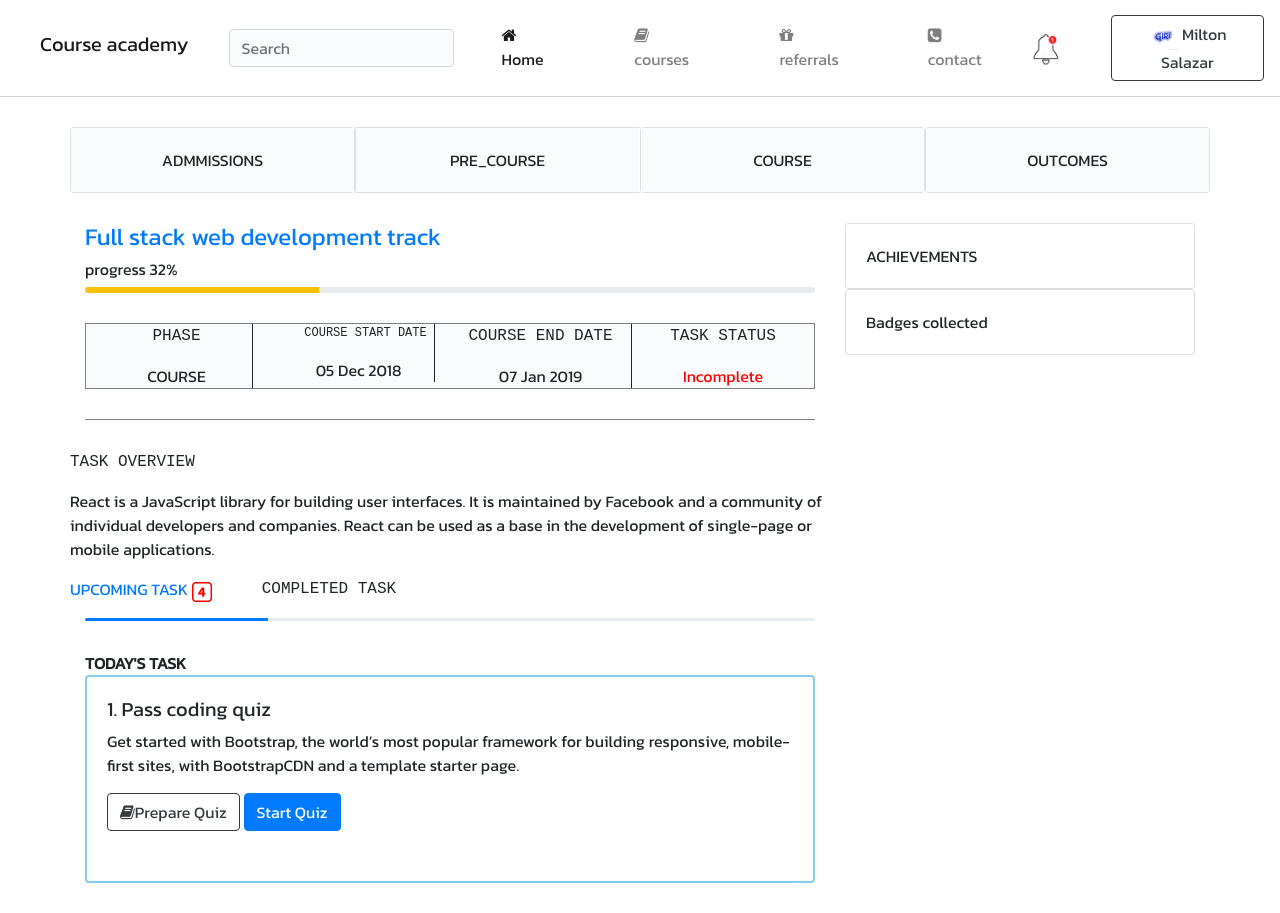
Repository: giribabu1997/html-layout
Page: task.html
The author's editor kept a copy of each file at every save. The page is drawn from the files as they stood at one save, then again after a run of saves.
The browser window is 1280 px wide. The pictures show the whole page.
Some web fonts or font styles are not loaded; a fallback is used.

Above is the page before, as saved 2019-06-28 16:16:41.

### task.html
<!DOCTYPE html>
<html lang="en">

<head>
    <meta charset="UTF-8">
    <meta name="viewport" content="width=device-width, initial-scale=1.0">
    <meta http-equiv="X-UA-Compatible" content="ie=edge">
    <title>Document</title>
    <link rel="stylesheet" href="https://stackpath.bootstrapcdn.com/bootstrap/4.3.1/css/bootstrap.min.css"
        integrity="sha384-ggOyR0iXCbMQv3Xipma34MD+dH/1fQ784/j6cY/iJTQUOhcWr7x9JvoRxT2MZw1T" crossorigin="anonymous">
    <link href="https://fonts.googleapis.com/css?family=Kanit&display=swap" rel="stylesheet">
    <link rel="stylesheet" href="https://cdnjs.cloudflare.com/ajax/libs/font-awesome/4.7.0/css/font-awesome.min.css">
    <link href="https://fonts.googleapis.com/css?family=Cutive+Mono&display=swap" rel="stylesheet">
    <style>
        .navhead-height {
            padding: 1.5rem;
        }

        .head-container {
            padding: 0%;
        }

        * {
            font-family: 'Kanit', sans-serif;
        }

        .home-link {
            padding-right: 2.5rem !important;
            padding-left: 2.5rem !important;
        }
    </style>

</head>

<body>
    <div class="container-fluid head-container" style=" border-bottom: 1px solid lightgrey;">
        <nav class="navbar navbar-expand-lg navbar-light bg-white">
            <a class="navbar-brand navhead-height" href="#">
                <h5>Course academy </h5>
            </a>
            <button class="navbar-toggler" type="button" data-toggle="collapse" data-target="#navbarSupportedContent"
                aria-controls="navbarSupportedContent" aria-expanded="false" aria-label="Toggle navigation">
                <span class="navbar-toggler-icon"></span>
            </button>
            <form class="form-inline my-2 my-lg-0">
                <input class="form-control mr-sm-2" type="search" placeholder="Search" aria-label="Search"
                    style="background-color: #fafbfc;">
            </form>
            <div class="collapse navbar-collapse" id="navbarSupportedContent">
                <ul class="navbar-nav mr-auto">
                    <li class="nav-item active">
                        <a class="nav-link home-link" href="#"><i class="fa fa-home"></i> Home <span
                                class="sr-only">(current)</span></a>
                    </li>
                    <li class="nav-item">
                        <a class="nav-link home-link" href="#"><i class="fa fa-book"></i> courses</a>
                    </li>
                    <li class="nav-item">
                        <a class="nav-link home-link" href="#"><i class="fa fa-gift"></i> referrals</a>
                    </li>
                    <li class="nav-item">
                        <a class="nav-link home-link" href="#"><i class="fa fa-phone-square"></i> contact</a>
                    </li>
                    <li class="nav-item">
                        <a class="nav-link home-link" href="#"></a>
                        <img src="icon.png" width="30px" style="text-align: center" />
                        </a>
                    </li>
                    <button class="btn btn-outline-dark my-2 my-sm-0" type="submit">
                        <img src="giri.png" width="30px" /> Milton Salazar </button>
            </div>
        </nav>
    </div>
    <div class="container" style="padding-top: 30px; padding-bottom: 30px">
        <div class="row">
            <div class="col-md-3" style="padding: 0px !important">
                <div class="card">
                    <div class="card-body" style="text-align: center; background-color: #fafbfc;">
                        <h> ADMMISSIONS</h>
                    </div>
                </div>
            </div>
            <div class="col-md-3" style="padding: 0px !important">
                <div class="card" style="border-radius: 0;border-right-color: white;">
                    <div class="card-body" style="text-align: center; background-color: #fafbfc;">
                        <h> PRE_COURSE</h>
                    </div>
                </div>
            </div>
            <div class="col-md-3" style="padding: 0px !important">
                <div class="card">
                    <div class="card-body" style="text-align: center; background-color: #fafbfc;">
                        <h> COURSE</h>
                    </div>
                </div>
            </div>
            <div class="col-md-3" style="padding: 0px !important">
                <div class="card">
                    <div class="card-body" style="text-align: center; background-color: #fafbfc;">
                        <h> OUTCOMES</h>
                    </div>
                </div>
            </div>
        </div>
    </div>
    <div class="container">
        <div class="row">
            <div class="col-8">
                <h4> <a class="text-primary">Full stack web development track</a></h4>
                <h6>progress 32%</h6>
                <div class="progress" style=" height: 0.4rem;">
                    <div class="progress-bar bg-warning" role="progressbar" style="width: 32%" aria-valuenow="32"
                        aria-valuemin="0" aria-valuemax="50">
                    </div>
                </div>
                <div class="container" style="padding-top: 30px; padding-bottom: 30px; border-bottom: 1px solid gray;">
                    <div class="row" style="border: 1px solid gray; text-align: center; background-color: #fafbfc;">
                        <div class="col-3">
                            <div class="box" style="border-right: 1px solid">
                                <p style="font-family: 'Cutive Mono', monospace;">PHASE</p>
                                <h7>COURSE</h7>
                            </div>
                        </div>
                        <div class="col-3">
                            <div class="box" style="border-right: 1px solid">
                                <p style="font-family: 'Cutive Mono', monospace; width: 165px; font-size: 12px;">COURSE
                                    START DATE</p>
                                <h7>05 Dec 2018</h7>
                            </div>
                        </div>
                        <div class="col-3" style="border-right: 1px solid">
                            <div class="box">
                                <p style="font-family: 'Cutive Mono', monospace;">COURSE END DATE</p>
                                <h7>07 Jan 2019</h7>
                            </div>
                        </div>
                        <div class="col-3">
                            <div class="box">
                                <p style="font-family: 'Cutive Mono', monospace;">TASK STATUS</p>
                                <span style="color: red">Incomplete</span>
                            </div>
                        </div>
                    </div>
                </div>

                <div class="row" style="padding-top: 30px">
                    <h style="padding-bottom: 15px; font-family: 'Cutive Mono', monospace;">TASK OVERVIEW</h>
                    <p>React is a JavaScript library for building user interfaces. It is maintained by Facebook and a
                        community of individual developers and companies. React can be used as a base in the development
                        of single-page or mobile applications.</p>
                </div>
                <div class="row">
                    <p class="text-primary" style="padding-right: 50px">UPCOMING TASK <img src="4.png" width="20px" />
                    </p>
                    <h style="font-family: 'Cutive Mono', monospace;">COMPLETED TASK</h>
                </div>
                <div class="progress" style="height: 0.2rem">
                    <div class="progress-bar" role="progressbar" style="width: 25%" aria-valuenow="25" aria-valuemin="0"
                        aria-valuemax="100"></div>
                </div>
                <div style="padding-top: 30px; padding-bottom: 30px">
                    <h9><strong> TODAY'S TASK</strong></h9>
                    <div class="card" style="padding-bottom: 30px;border-color: skyblue; border-width: 2px;">
                        <div class="card-body">
                            <h5>1. Pass coding quiz</h5>
                            <p>Get started with Bootstrap, the world’s most popular framework for building responsive,
                                mobile-first sites, with BootstrapCDN and a template starter page.</p>
                            <div class="row">
                                <div class="col-sm">
                                    <button type="button" class="btn btn-outline-dark"
                                        style="background-color: white"><i class="fa fa-book"
                                            aria-hidden="true"></i></i>Prepare Quiz</button>
                                    <button type="button" class="btn btn-primary">Start Quiz</button>
                                </div>
                            </div>

                        </div>
                    </div>
                </div>

            </div>
            <div class="col-4">
                <div class="card">
                    <div class="card-body">
                        <div>ACHIEVEMENTS</div>
                    </div>
                </div>
                <div class="card">
                        <div class="card-body">
                            <div>
                                Badges collected

                            </div>
                        </div>
                    </div>
            </div>

        </div>
    </div>


</body>
<script src="https://code.jquery.com/jquery-3.3.1.slim.min.js"
    integrity="sha384-q8i/X+965DzO0rT7abK41JStQIAqVgRVzpbzo5smXKp4YfRvH+8abtTE1Pi6jizo"
    crossorigin="anonymous"></script>
<script src="https://cdnjs.cloudflare.com/ajax/libs/popper.js/1.14.7/umd/popper.min.js"
    integrity="sha384-UO2eT0CpHqdSJQ6hJty5KVphtPhzWj9WO1clHTMGa3JDZwrnQq4sF86dIHNDz0W1"
    crossorigin="anonymous"></script>
<script src="https://stackpath.bootstrapcdn.com/bootstrap/4.3.1/js/bootstrap.min.js"
    integrity="sha384-JjSmVgyd0p3pXB1rRibZUAYoIIy6OrQ6VrjIEaFf/nJGzIxFDsf4x0xIM+B07jRM"
    crossorigin="anonymous"></script>

</html>

After the next 6 saves:
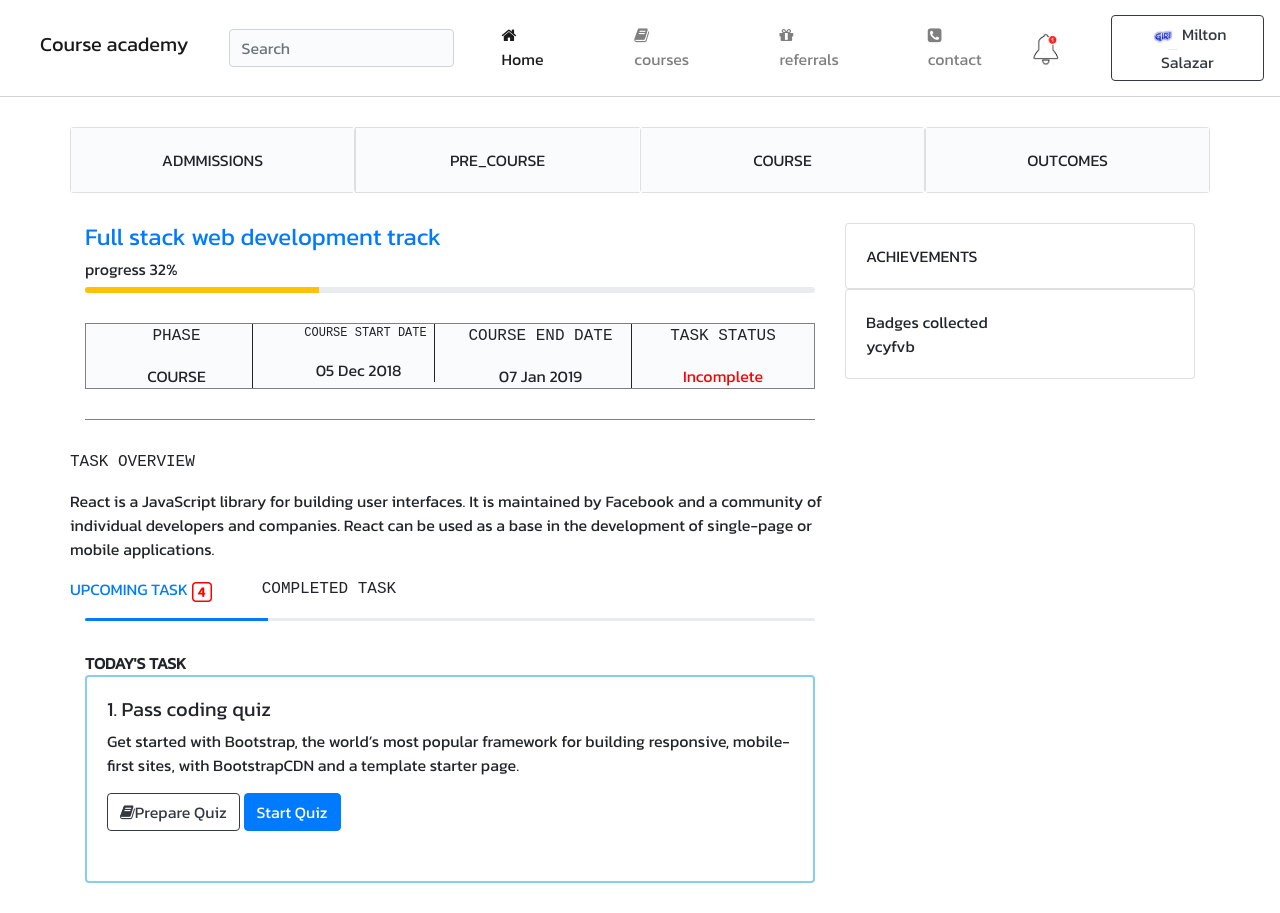
The 6 saves are shown as one change because they came seconds apart.
The last was saved 16 s later.
--- a/task.html
+++ b/task.html
@@ -188,7 +188,8 @@
                 <div class="card">
                         <div class="card-body">
                             <div>
-                                Badges collected
+                                Badges collected <br/>
+                                ycyfvb
 
                             </div>
                         </div>
